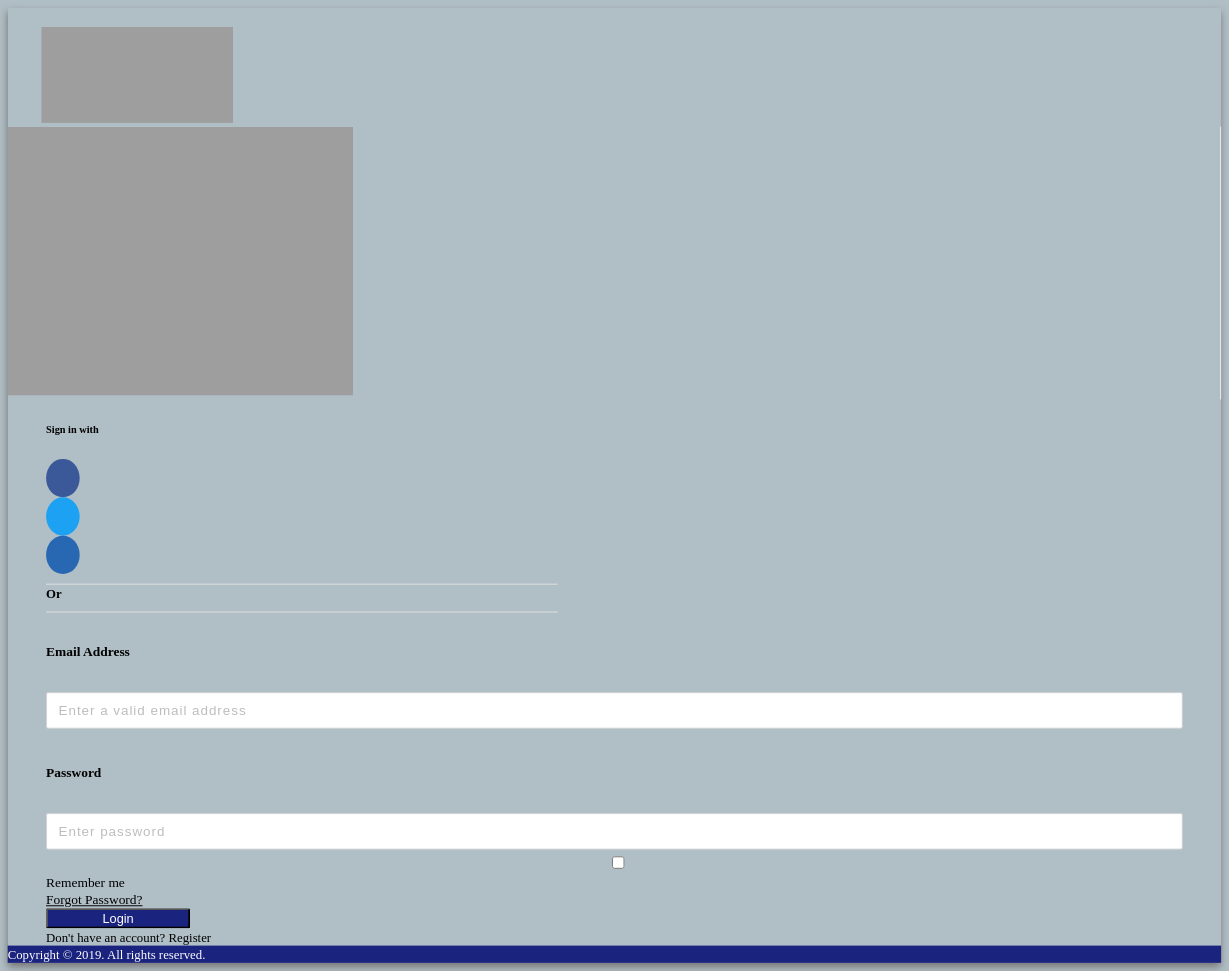
Repository: bayulalu/sekolah-orgaisasi
Page: http://localhost/login-user
These files come from the project's save history. The page is drawn as it stood at one moment and after the next save; the edit follows.
The browser window is 1280 px wide. The pictures show the whole page, at 96% of full size.
Pictures or frames that could not be fetched are drawn as grey boxes. The page is served by the project's Laravel application, run on PHP 8.4 with Laravel 8. Other server files are loaded and not shown.

Above is the page before, as saved 2020-07-19 14:16:35.

### routes/web.php
<?php

use Illuminate\Support\Facades\Route;



// Route::get('/', function () {
//     return view('welcome');
// });



Route::get('/login-user', 'AuthController@login')->name('login');
Route::post('/login-user', 'AuthController@postLogin')->name('login');
Route::get('/event', 'ArtikelController@event')->name('event');

Route::group(['middleware' => 'auth'], function(){

    Route::get('/register-user','AuthController@registerUser')->name('register');
    Route::post('/register-user','AuthController@storeUser')->name('register');
    Route::get('/logout', 'AuthController@logout' )->name('logout');

    Route::get('/create-envet', 'ArtikelController@create')->name('create-event');
    Route::post('/create-envet', 'ArtikelController@store')->name('create-event');

    Route::get('/event-delete/{slug}', 'ArtikelController@delete');
    Route::get('/event-update/{slug}', 'ArtikelController@edit');
    Route::post('/event-update/{slug}', 'ArtikelController@update');
});

Route::get('/', 'ArtikelController@index')->name('home');
Route::get('/event/{slug}', 'ArtikelController@showDetail')->name('singgel-event');


// Route::get('/tes', function () {
//     return view('gush.singgle');

// });

// Auth::routes();

// Route::get('/home', 'HomeController@index')->name('home');

### app/Http/Controllers/AuthController.php
<?php

namespace App\Http\Controllers;

use Auth;
use Illuminate\Http\Request;
use App\Models\User;
use Illuminate\Support\Facades\Auth as FacadesAuth;

class AuthController extends Controller
{
    public function login()
    {
        return view('auth2.login');
    }

    public function postLogin(Request $request)
    {
        // die('mask');

        $this->validate($request, [
            'user' => 'required',
            'password' => 'required'
        ]);


        $users = auth()->attempt(['user' => $request->user, 'password' => $request->password]);

        if (!$users) {
            return redirect()->back()->withInput($request->only('user', 'password'));
        }

        return redirect()->route('home');
    }

    public function registerUser()
    {
        if(Auth::user()->level != 1){
            return redirect()->route('home');

        }


        return view('auth2.register');
    }

    public function storeUser(Request $request)
    {

        if(Auth::user()->level != 1){
            return redirect()->route('home');

        }

        $this->validate($request, [
            'name' => 'required',
            'user' => 'required|unique:users',
            'organisasi' => 'required',
            'password' => 'required|string'
        ]);


      User::create([
            'name' => $request->name,
            'user' => $request->user,
            'status' => $request->organisasi,
            'password' =>  bcrypt($request->password),
            'level' => 2,
        ]);

        return redirect()->route('register')->with('msg','User Berhasil Di Tambah');


    }



    public function logout()
    {
        Auth::logout();
        return redirect()->route('home');
    }
}

### resources/views/auth2/login.blade.php


<!DOCTYPE html>
<html lang="en">
<head>
    <meta charset="UTF-8">
    <meta name="viewport" content="width=device-width, initial-scale=1.0">
    <meta http-equiv="X-UA-Compatible" content="ie=edge">
    <title>Login</title>
</head>
    <link rel="stylesheet" href="{{ asset('css/login.css') }}">
<body>
    <div class="container-fluid px-1 px-md-5 px-lg-1 px-xl-5 py-5 mx-auto">
        <div class="card card0 border-0">
            <div class="row d-flex">
                <div class="col-lg-6">
                    <div class="card1 pb-5">
                        <div class="row"> <img src="https://i.imgur.com/CXQmsmF.png" class="logo"> </div>
                        <div class="row px-3 justify-content-center mt-4 mb-5 border-line"> <img src="https://i.imgur.com/uNGdWHi.png" class="image"> </div>
                    </div>
                </div>
                <div class="col-lg-6">
                    <div class="card2 card border-0 px-4 py-5">
                        <div class="row mb-4 px-3">
                            <h6 class="mb-0 mr-4 mt-2">Sign in with</h6>
                            <div class="facebook text-center mr-3">
                                <div class="fa fa-facebook"></div>
                            </div>
                            <div class="twitter text-center mr-3">
                                <div class="fa fa-twitter"></div>
                            </div>
                            <div class="linkedin text-center mr-3">
                                <div class="fa fa-linkedin"></div>
                            </div>
                        </div>
                        <div class="row px-3 mb-4">
                            <div class="line"></div> <small class="or text-center">Or</small>
                            <div class="line"></div>
                        </div>
                        <div class="row px-3"> <label class="mb-1">
                                <h6 class="mb-0 text-sm">Email Address</h6>
                            </label> <input class="mb-4" type="text" name="email" placeholder="Enter a valid email address"> </div>
                        <div class="row px-3"> <label class="mb-1">
                                <h6 class="mb-0 text-sm">Password</h6>
                            </label> <input type="password" name="password" placeholder="Enter password"> </div>
                        <div class="row px-3 mb-4">
                            <div class="custom-control custom-checkbox custom-control-inline"> <input id="chk1" type="checkbox" name="chk" class="custom-control-input"> <label for="chk1" class="custom-control-label text-sm">Remember me</label> </div> <a href="#" class="ml-auto mb-0 text-sm">Forgot Password?</a>
                        </div>
                        <div class="row mb-3 px-3"> <button type="submit" class="btn btn-blue text-center">Login</button> </div>
                        <div class="row mb-4 px-3"> <small class="font-weight-bold">Don't have an account? <a class="text-danger ">Register</a></small> </div>
                    </div>
                </div>
            </div>
            <div class="bg-blue py-4">
                <div class="row px-3"> <small class="ml-4 ml-sm-5 mb-2">Copyright &copy; 2019. All rights reserved.</small>
                    <div class="social-contact ml-4 ml-sm-auto"> <span class="fa fa-facebook mr-4 text-sm"></span> <span class="fa fa-google-plus mr-4 text-sm"></span> <span class="fa fa-linkedin mr-4 text-sm"></span> <span class="fa fa-twitter mr-4 mr-sm-5 text-sm"></span> </div>
                </div>
            </div>
        </div>
    </div>
</body>
</html>

### public/css/login.css
body {
    color: #000;
    overflow-x: hidden;
    height: 100%;
    background-color: #B0BEC5;
    background-repeat: no-repeat
}

.card0 {
    box-shadow: 0px 4px 8px 0px #757575;
    border-radius: 0px
}

.card2 {
    margin: 0px 40px
}

.logo {
    width: 200px;
    height: 100px;
    margin-top: 20px;
    margin-left: 35px
}

.image {
    width: 360px;
    height: 280px
}

.border-line {
    border-right: 1px solid #EEEEEE
}

.facebook {
    background-color: #3b5998;
    color: #fff;
    font-size: 18px;
    padding-top: 5px;
    border-radius: 50%;
    width: 35px;
    height: 35px;
    cursor: pointer
}

.twitter {
    background-color: #1DA1F2;
    color: #fff;
    font-size: 18px;
    padding-top: 5px;
    border-radius: 50%;
    width: 35px;
    height: 35px;
    cursor: pointer
}

.linkedin {
    background-color: #2867B2;
    color: #fff;
    font-size: 18px;
    padding-top: 5px;
    border-radius: 50%;
    width: 35px;
    height: 35px;
    cursor: pointer
}

.line {
    height: 1px;
    width: 45%;
    background-color: #E0E0E0;
    margin-top: 10px
}

.or {
    width: 10%;
    font-weight: bold
}

.text-sm {
    font-size: 14px !important
}

::placeholder {
    color: #BDBDBD;
    opacity: 1;
    font-weight: 300
}

:-ms-input-placeholder {
    color: #BDBDBD;
    font-weight: 300
}

::-ms-input-placeholder {
    color: #BDBDBD;
    font-weight: 300
}

input,
textarea {
    padding: 10px 12px 10px 12px;
    border: 1px solid lightgrey;
    border-radius: 2px;
    margin-bottom: 5px;
    margin-top: 2px;
    width: 100%;
    box-sizing: border-box;
    color: #2C3E50;
    font-size: 14px;
    letter-spacing: 1px
}

input:focus,
textarea:focus {
    -moz-box-shadow: none !important;
    -webkit-box-shadow: none !important;
    box-shadow: none !important;
    border: 1px solid #304FFE;
    outline-width: 0
}

button:focus {
    -moz-box-shadow: none !important;
    -webkit-box-shadow: none !important;
    box-shadow: none !important;
    outline-width: 0
}

a {
    color: inherit;
    cursor: pointer
}

.btn-blue {
    background-color: #1A237E;
    width: 150px;
    color: #fff;
    border-radius: 2px
}

.btn-blue:hover {
    background-color: #000;
    cursor: pointer
}

.bg-blue {
    color: #fff;
    background-color: #1A237E
}

@media screen and (max-width: 991px) {
    .logo {
        margin-left: 0px
    }

    .image {
        width: 300px;
        height: 220px
    }

    .border-line {
        border-right: none
    }

    .card2 {
        border-top: 1px solid #EEEEEE !important;
        margin: 0px 15px
    }
}

Loaded but not shown: app/Http/Controllers/Controller.php (common file); public/lib/bootstrap/css/bootstrap.min.css (library); public/lib/font-awesome/css/font-awesome.min.css (library); public/lib/animate/animate.min.css (library); public/lib/ionicons/css/ionicons.min.css (library)

After the next save:
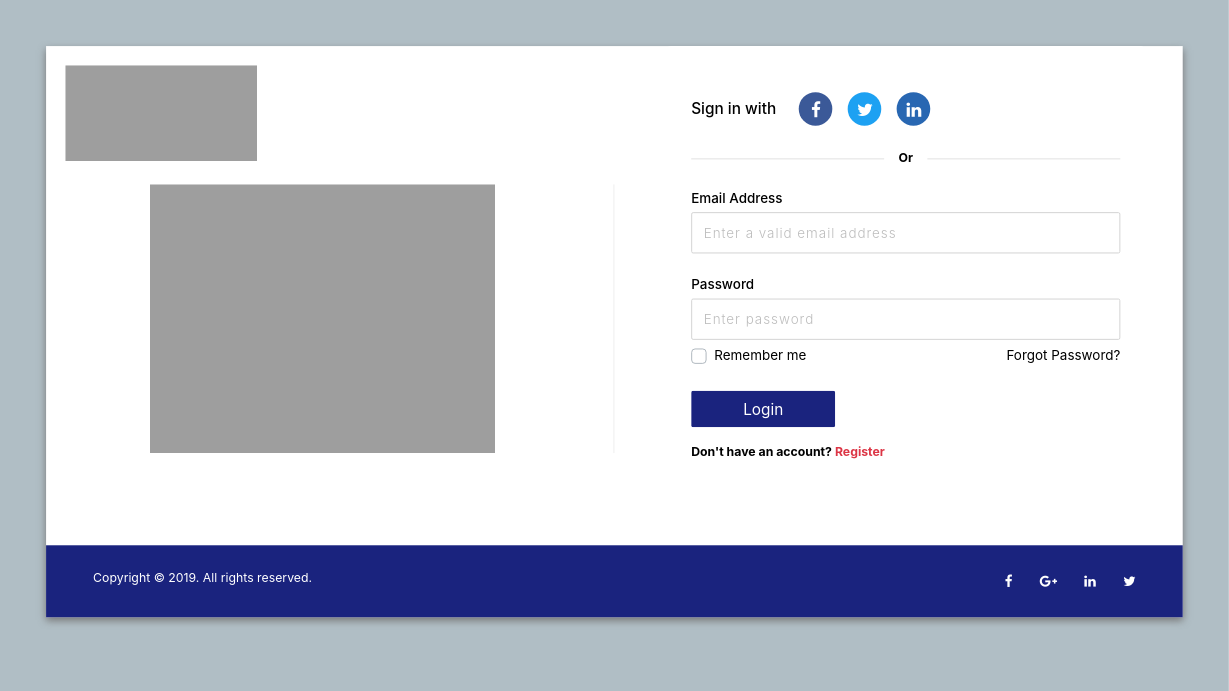
Saved 63 s later.
--- a/resources/views/auth2/login.blade.php
+++ b/resources/views/auth2/login.blade.php
@@ -8,6 +8,13 @@
     <meta http-equiv="X-UA-Compatible" content="ie=edge">
     <title>Login</title>
 </head>
+
+<link href="{{ asset('lib/bootstrap/css/bootstrap.min.css') }}" rel="stylesheet">
+
+<!-- Libraries CSS Files -->
+<link href="{{ asset('lib/font-awesome/css/font-awesome.min.css') }} " rel="stylesheet">
+<link href="{{ asset('lib/animate/animate.min.css') }} " rel="stylesheet">
+<link href="{{ asset('lib/ionicons/css/ionicons.min.css') }} " rel="stylesheet">
     <link rel="stylesheet" href="{{ asset('css/login.css') }}">
 <body>
     <div class="container-fluid px-1 px-md-5 px-lg-1 px-xl-5 py-5 mx-auto">
